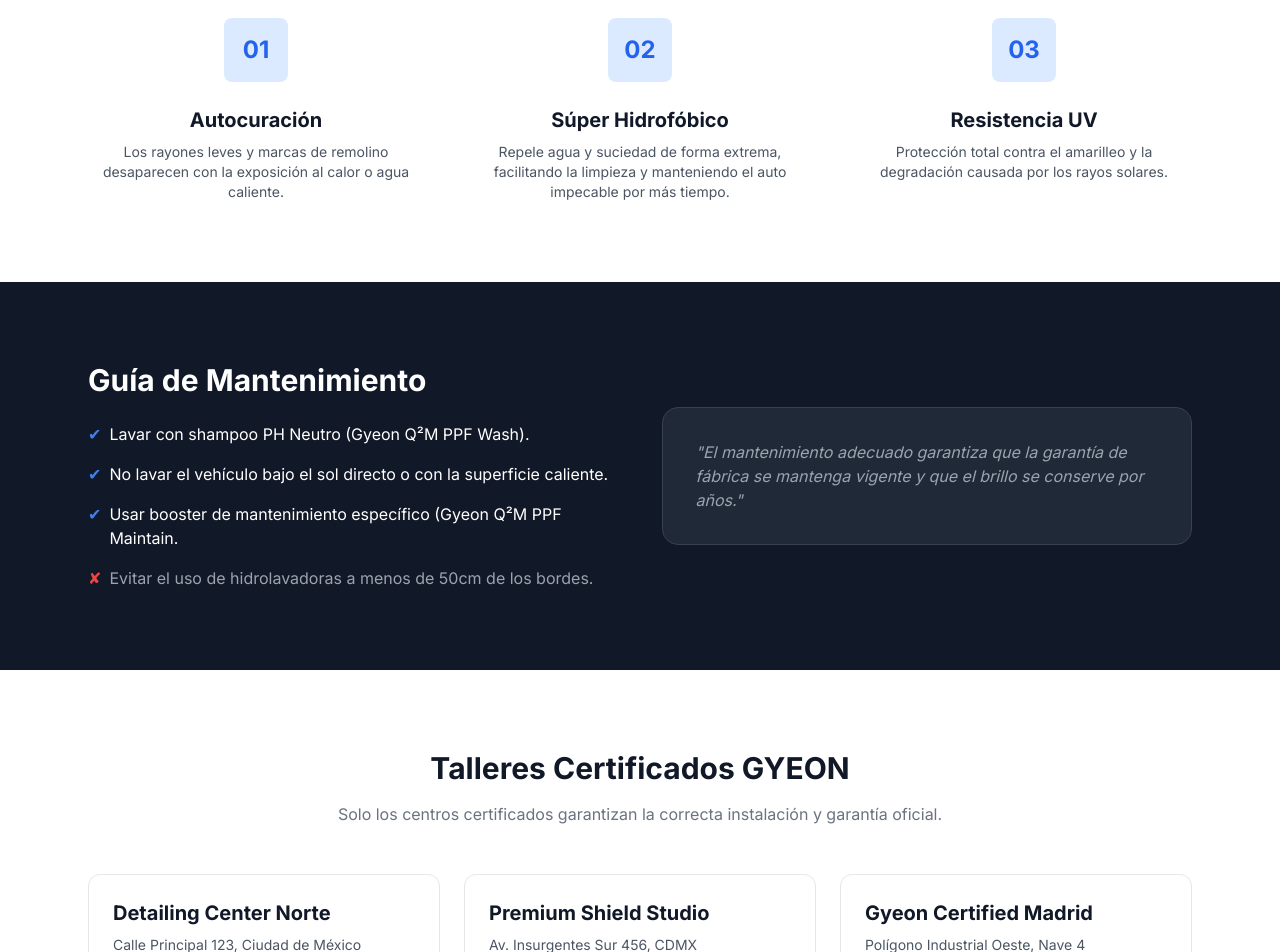
Repository: GyeonArgentna/gyeon-argentina
Page: index.html
The author's editor kept a copy of each file at every save. The page is drawn from the files as they stood at one save, then again after the next save.
The browser window is 1280 px wide. The pictures show the part of the page from y = 882 to 1834 px (the page is 2079 px tall).
Some web libraries are served in a nearby version.

Above is the page before, as saved 2026-07-02 19:44:37.

### index.html
<!DOCTYPE html>
<html lang="es">
<head>
    <meta charset="UTF-8">
    <meta name="viewport" content="width=device-width, initial-scale=1.0">
    <title>Gyeon PPF - Protección Invisible de Clase Mundial</title>
    <script src="https://cdn.tailwindcss.com"></script>
    <link href="https://fonts.googleapis.com/css2?family=Inter:wght@300;400;700&display=swap" rel="stylesheet">
    <style>
        body { font-family: 'Inter', sans-serif; }
        .gradient-overlay { background: linear-gradient(0deg, rgba(0,0,0,0.8) 0%, rgba(0,0,0,0.2) 100%); }
    </style>
</head>
<body class="bg-gray-50 text-gray-900">

    <!-- Hero Section -->
    <header class="relative h-screen flex items-center justify-center text-white overflow-hidden">
        <<video autoplay muted loop playsinline class="absolute w-full h-full object-cover">
    <source src="lv_0_20260702160103.mp4" type="video/mp4">
</video>
        <div class="absolute w-full h-full gradient-overlay"></div>
        <div class="relative z-10 text-center px-4">
            <img src="GYEON-logo-white.png" alt="GYEON PPF" class="mx-auto mb-4 w-80">
            <p class="text-xl md:text-2xl font-light mb-8 max-w-2xl mx-auto text-gray-300">LA MÁXIMA PROTECCIÓN CONTRA IMPACTOS Y AGENTES EXTERNOS, CON TECNOLOGÍA AUTORREGENERATIVA.</p>
            <a href="#talleres" class="bg-blue-600 hover:bg-blue-700 text-white px-8 py-3 rounded-full font-bold transition-all transform hover:scale-105">Encontrar Taller Certificado</a>
        </div>
    </header>

    <!-- Especificaciones -->
    <section id="especificaciones" class="py-20 bg-white">
        <div class="max-w-6xl mx-auto px-6">
            <h2 class="text-3xl font-bold text-center mb-16 underline decoration-blue-600 underline-offset-8">Especificaciones Técnicas</h2>
            <div class="grid md:grid-cols-3 gap-12">
                <div class="text-center">
                    <div class="w-16 h-16 bg-blue-100 text-blue-600 rounded-lg flex items-center justify-center mx-auto mb-6 text-2xl font-bold">01</div>
                    <h3 class="text-xl font-bold mb-2">Autocuración</h3>
                    <p class="text-gray-600 text-sm">Los rayones leves y marcas de remolino desaparecen con la exposición al calor o agua caliente.</p>
                </div>
                <div class="text-center">
                    <div class="w-16 h-16 bg-blue-100 text-blue-600 rounded-lg flex items-center justify-center mx-auto mb-6 text-2xl font-bold">02</div>
                    <h3 class="text-xl font-bold mb-2">Súper Hidrofóbico</h3>
                    <p class="text-gray-600 text-sm">Repele agua y suciedad de forma extrema, facilitando la limpieza y manteniendo el auto impecable por más tiempo.</p>
                </div>
                <div class="text-center">
                    <div class="w-16 h-16 bg-blue-100 text-blue-600 rounded-lg flex items-center justify-center mx-auto mb-6 text-2xl font-bold">03</div>
                    <h3 class="text-xl font-bold mb-2">Resistencia UV</h3>
                    <p class="text-gray-600 text-sm">Protección total contra el amarilleo y la degradación causada por los rayos solares.</p>
                </div>
            </div>
        </div>
    </section>

    <!-- Mantenimiento -->
    <section id="mantenimiento" class="py-20 bg-gray-900 text-white">
        <div class="max-w-6xl mx-auto px-6">
            <div class="flex flex-col md:flex-row items-center gap-12">
                <div class="md:w-1/2">
                    <h2 class="text-3xl font-bold mb-6">Guía de Mantenimiento</h2>
                    <ul class="space-y-4">
                        <li class="flex items-start">
                            <span class="text-blue-500 mr-2">✔</span>
                            <span>Lavar con shampoo PH Neutro (Gyeon Q²M PPF Wash).</span>
                        </li>
                        <li class="flex items-start">
                            <span class="text-blue-500 mr-2">✔</span>
                            <span>No lavar el vehículo bajo el sol directo o con la superficie caliente.</span>
                        </li>
                        <li class="flex items-start">
                            <span class="text-blue-500 mr-2">✔</span>
                            <span>Usar booster de mantenimiento específico (Gyeon Q²M PPF Maintain.</span>
                        </li>
                        <li class="flex items-start">
                            <span class="text-red-500 mr-2">✘</span>
                            <span class="text-gray-400">Evitar el uso de hidrolavadoras a menos de 50cm de los bordes.</span>
                        </li>
                    </ul>
                </div>
                <div class="md:w-1/2 bg-gray-800 p-8 rounded-2xl border border-gray-700">
                    <p class="italic text-gray-400">"El mantenimiento adecuado garantiza que la garantía de fábrica se mantenga vigente y que el brillo se conserve por años."</p>
                </div>
            </div>
        </div>
    </section>

    <!-- Talleres Certificados -->
    <section id="talleres" class="py-20 bg-white">
        <div class="max-w-6xl mx-auto px-6">
            <h2 class="text-3xl font-bold text-center mb-4">Talleres Certificados GYEON</h2>
            <p class="text-center text-gray-500 mb-12">Solo los centros certificados garantizan la correcta instalación y garantía oficial.</p>

            <div class="grid md:grid-cols-2 lg:grid-cols-3 gap-6 text-left">
                <!-- Taller Card -->
                <div class="border rounded-xl p-6 hover:shadow-lg transition-shadow">
                    <h4 class="font-bold text-xl mb-2">Detailing Center Norte</h4>
                    <p class="text-gray-600 text-sm mb-4">Calle Principal 123, Ciudad de México</p>
                    <a href="https://wa.me/123456789" class="text-blue-600 font-semibold hover:underline">Contactar por WhatsApp →</a>
                </div>

                <div class="border rounded-xl p-6 hover:shadow-lg transition-shadow">
                    <h4 class="font-bold text-xl mb-2">Premium Shield Studio</h4>
                    <p class="text-gray-600 text-sm mb-4">Av. Insurgentes Sur 456, CDMX</p>
                    <a href="#" class="text-blue-600 font-semibold hover:underline">Ver Ubicación →</a>
                </div>

                <div class="border rounded-xl p-6 hover:shadow-lg transition-shadow">
                    <h4 class="font-bold text-xl mb-2">Gyeon Certified Madrid</h4>
                    <p class="text-gray-600 text-sm mb-4">Polígono Industrial Oeste, Nave 4</p>
                    <a href="#" class="text-blue-600 font-semibold hover:underline">Contactar ahora →</a>
                </div>
            </div>
        </div>
    </section>

    <footer class="py-10 bg-gray-50 border-t text-center">
        <p class="text-gray-400 text-xs tracking-widest uppercase">Gyeon PPF Official Partner</p>
    </footer>

</body>
</html>

After the next save:
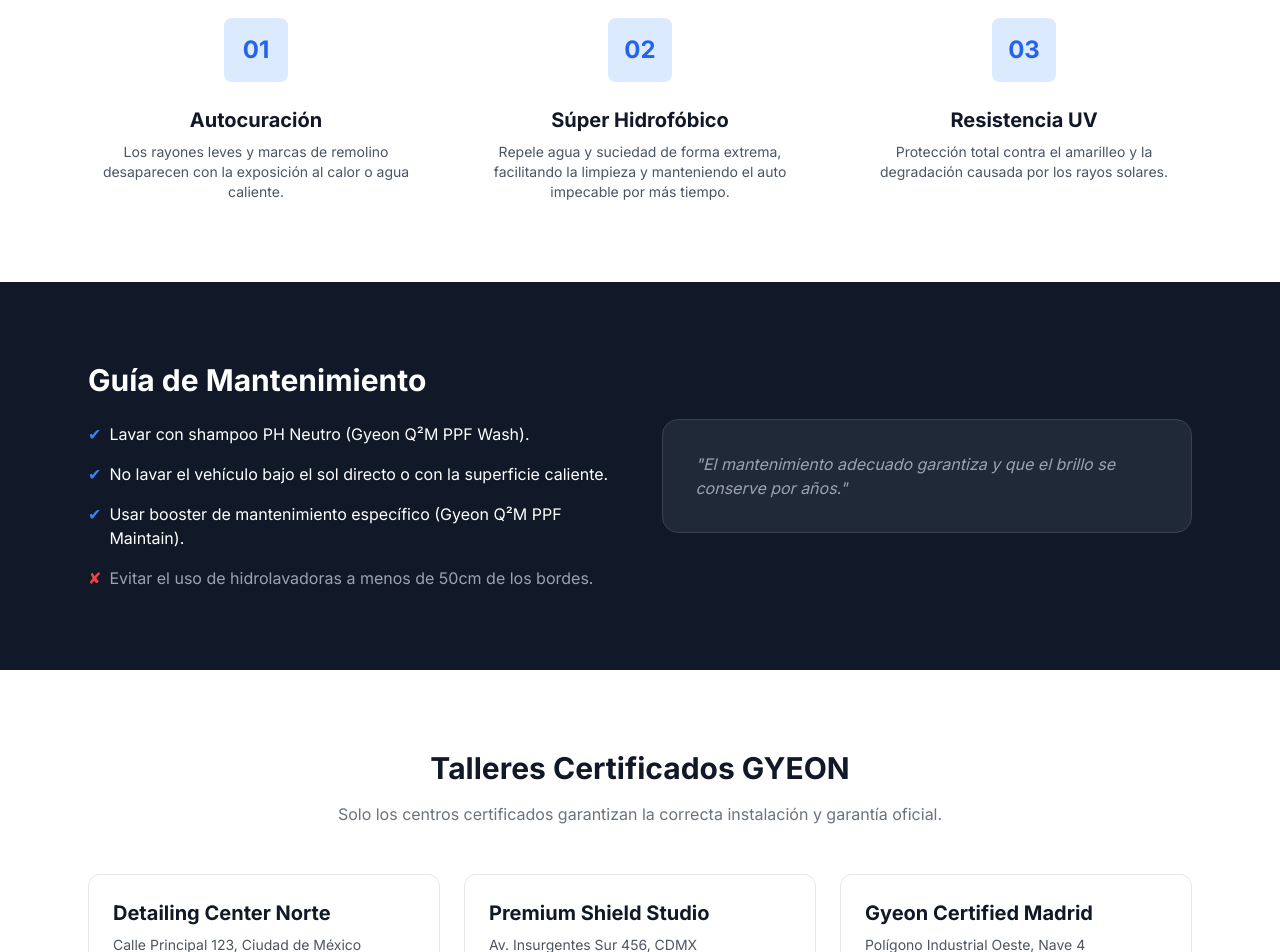
Saved 118 s later.
--- a/index.html
+++ b/index.html
@@ -67,7 +67,7 @@
                         </li>
                         <li class="flex items-start">
                             <span class="text-blue-500 mr-2">✔</span>
-                            <span>Usar booster de mantenimiento específico (Gyeon Q²M PPF Maintain.</span>
+                            <span>Usar booster de mantenimiento específico (Gyeon Q²M PPF Maintain).</span>
                         </li>
                         <li class="flex items-start">
                             <span class="text-red-500 mr-2">✘</span>
@@ -76,7 +76,7 @@
                     </ul>
                 </div>
                 <div class="md:w-1/2 bg-gray-800 p-8 rounded-2xl border border-gray-700">
-                    <p class="italic text-gray-400">"El mantenimiento adecuado garantiza que la garantía de fábrica se mantenga vigente y que el brillo se conserve por años."</p>
+                    <p class="italic text-gray-400">"El mantenimiento adecuado garantiza  y que el brillo se conserve por años."</p>
                 </div>
             </div>
         </div>
